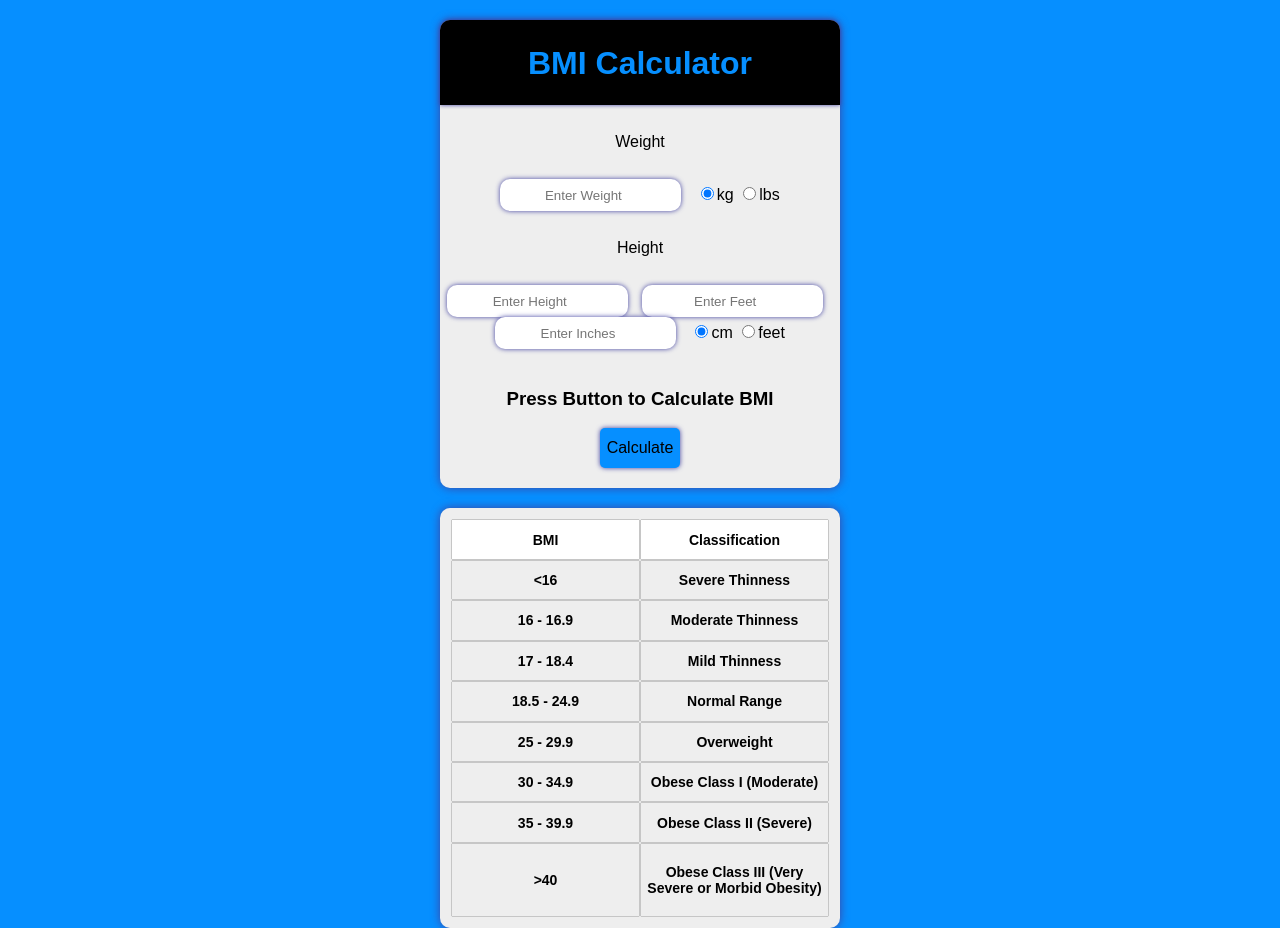
Repository: shayanabedi98/bmi-calculator
Page: index.html
An editor plug-in stored every save of this project. The page is shown before and after the next save, followed by the edit.
The browser window is 1280 px wide. The pictures show the whole page.

Above is the page before, as saved 2023-07-24 18:55:22.

### index.html
<!DOCTYPE html>
<html lang="en">
<head>
    <meta charset="UTF-8">
    <meta name="viewport" content="width=device-width, initial-scale=1.0">
    <title>BMI Calculator</title>
    <link rel="stylesheet" href="styles.css">
</head>
<body>
    <div class="container">
        <div class="card">
            <div class="bmi-calculator">
                <h1>BMI Calculator</h1>
                <label class="weight" for="weight">Weight</label>
                    <input id="weight" type="number" placeholder="Enter Weight">
                    <input type="radio" name="weight" checked><span>kg</span>
                    <input type="radio" name="weight"><span>lbs</span>
                <label class="height" for="height">Height</label>
                    <input type="number" placeholder="Enter Height" id="height">
                    <input type="number" placeholder="Enter Feet" id="feet">
                    <input type="number" placeholder="Enter Inches" id="inch">
                    <input type="radio" name="height" checked><span>cm</span>
                    <input type="radio" name="height"><span>feet</span>
                <div class="result">
                    <h3>Press Button to Calculate BMI</h3>
                    <button onclick="calc()" class="calculate">Calculate</button>
                </div>
            </div>
        </div>
        <div class="card chart">
            <div class="bmi-chart">
                <table bgcolor=''>
                    <tr bgcolor="#ffffff" align="center">
                        <th width="100">BMI</th>
                        <th width="100">Classification</th>
                    </tr>
                    <tr bgcolor="EEEEEE">
                        <th>&lt;16</th>
                        <th>Severe Thinness</th>
                    </tr>
                    <tr bgcolor="EEEEEE">
                        <th>16 - 16.9</th>
                        <th>Moderate Thinness</th>
                    </tr>
                    <tr bgcolor="EEEEEE">
                        <th>17 - 18.4</th>
                        <th>Mild Thinness</th>
                    </tr>
                    <tr bgcolor="EEEEEE">
                        <th>18.5 - 24.9</th>
                        <th>Normal Range</th>
                    </tr>
                    <tr bgcolor="EEEEEE">
                        <th>25 - 29.9</th>
                        <th>Overweight</th>
                    </tr>
                    <tr bgcolor="EEEEEE">
                        <th>30 - 34.9</th>
                        <th>Obese Class I (Moderate)</th>
                    </tr>
                    <tr bgcolor="EEEEEE">
                        <th>35 - 39.9</th>
                        <th>Obese Class II (Severe)</th>
                    </tr>
                    <tr bgcolor="EEEEEE">
                        <th>&gt;40</th>
                        <th>Obese Class III (Very Severe or Morbid Obesity)</th>
                    </tr>
                </table>
            </div>
        </div>
    </div>
    <script src="index.js"></script>
</body>
</html>

### styles.css
body {
    background-color: #068FFF;
    font-family: sans-serif;
    text-align: center;
    padding: 0;
    margin: 0;
}

h1 {
    margin-top: 0;
    margin-bottom: 0;
    background-color: #000000;
    color: #068FFF;
    border-radius: 10px 10px 0 0;
    height: 60px;
    padding-top: 25px;
    box-shadow: 0 0 4px 0 #4141a0;
}

h2 {
    margin-top: 0;
    margin-bottom: 10px;
}

.container {
    display: inline-block;
}

.card {
    background-color: #EEEEEE;
    width: 400px;
    border-radius: 10px;
    margin-left: auto;
    margin-top: 5%;
    box-shadow: 0 0 10px 0 #4141a0;
}

.chart {
    padding: 10px;
    width: 380px;
}

table {
    width: 100%;
    height: 400px;
    font-size: 14px;
}

th {
    box-shadow: 0 0 1px 0 black;
}

.weight {
    display: block;
    text-align: start;
    padding: 7%;
    text-align: center;
}

.height {
    display: block;
    text-align: start;
    padding: 7%;
    text-align: center;
}

input[type='number'] {
    display: inline-block;
    text-align: center;
    margin-right: 10px;
    height: 30px;
    border-radius: 10px;
    border: none;
    box-shadow: 0 0 5px 0 #4141a0;
}

.result {
    padding: 5%;
}

.result button {
    background-color: #068FFF;
    height: 40px;
    width: 80px;
    border-radius: 5px;
    border: none;
    box-shadow: 0 0 5px 0 #4141a0;
    cursor: pointer;
    font-size: 16px;
}

### index.js

function calc() {
    var kg = document.querySelector('#weight').value;
    var cm = document.querySelector('#height').value;

    var m = cm / 100;

    var result = Math.round(kg/(m*m));

    document.querySelector('.result h3').innerHTML = 'Your BMI is ' + result

}

After the next save:
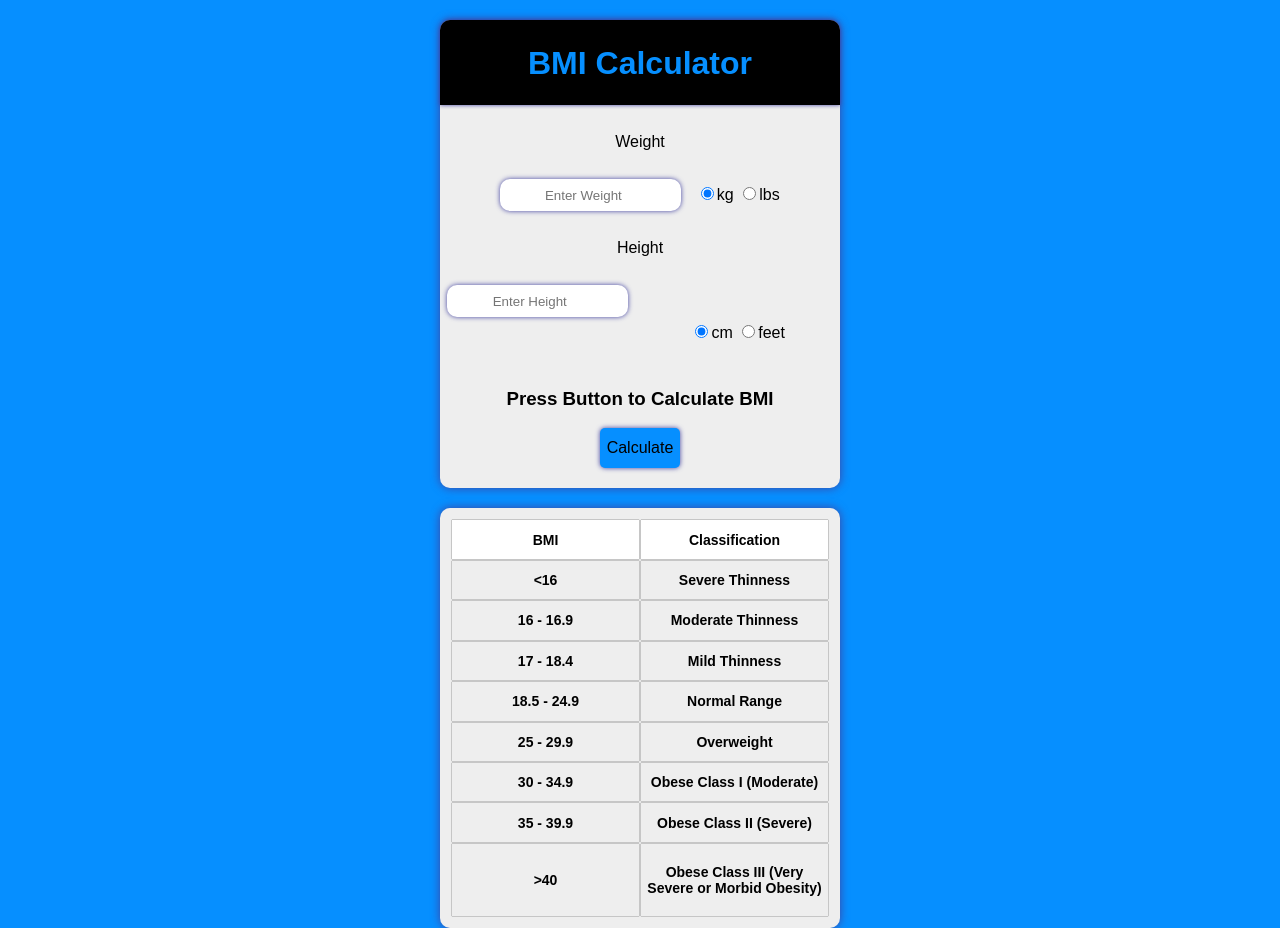
Saved 80 s later.
--- a/styles.css
+++ b/styles.css
@@ -74,6 +74,10 @@ input[type='number'] {
     box-shadow: 0 0 5px 0 #4141a0;
 }
 
+#inch, #feet {
+    visibility: hidden;
+}
+
 .result {
     padding: 5%;
 }
